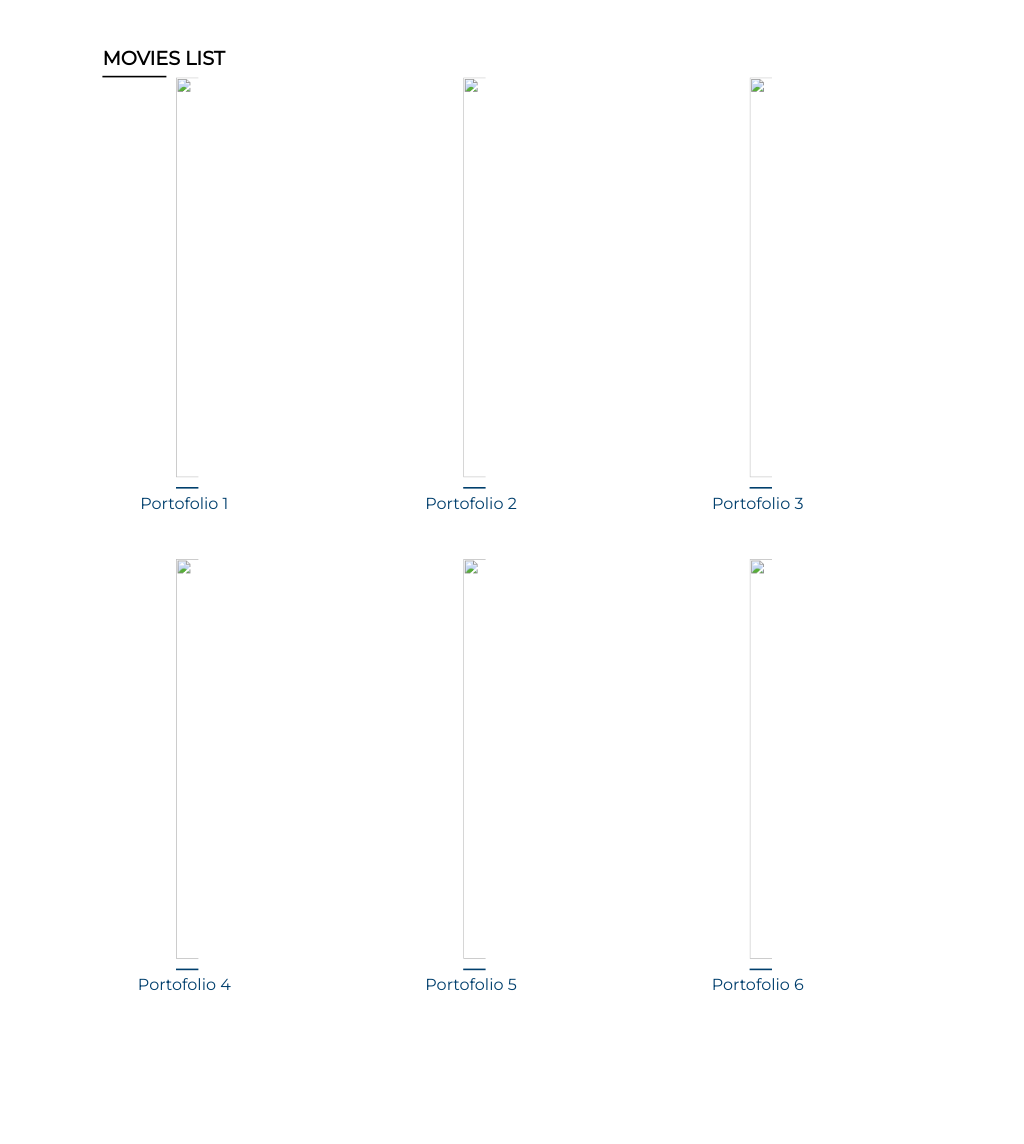
Repository: Ryuzuky07/expweb_movie
Page: HTML/movie1.html
An editor plug-in stored every save of this project. The page is shown before and after a run of saves, followed by the edit.
The browser window is 1280 px wide. The pictures show the part of the page from y = 761 to 2191 px (the page is 2191 px tall), at 80% of full size.
Some web libraries are served in a nearby version.

Above is the page before, as saved 2021-11-26 11:51:54.
Console error: TypeError: Cannot read properties of undefined (reading 'style')
Not found: TempatFoto/yellow.jpg

### HTML/movie1.html
<!DOCTYPE html>
<html lang="en">
<head>
    <meta charset="UTF-8">
    <meta http-equiv="X-UA-Compatible" content="IE=edge">
    <meta name="viewport" content="width=device-width, initial-scale=1.0">
    <link rel="stylesheet" href="/CSS/movie.css">
    <link rel="preconnect" href="https://fonts.googleapis.com">
    <link rel="preconnect" href="https://fonts.gstatic.com" crossorigin>
    <link href="https://fonts.googleapis.com/css2?family=Montserrat&display=swap" rel="stylesheet">
    <link rel="stylesheet" href="https://cdnjs.cloudflare.com/ajax/libs/font-awesome/4.7.0/css/font-awesome.min.css">
    <script src="https://kit.fontawesome.com/d6e78495c8.js" crossorigin="anonymous"></script>
    <script src="https://ajax.googleapis.com/ajax/libs/jquery/3.5.1/jquery.min.js"></script>
    <title>Document</title>

</head>
<body>
        <nav class="navbar fixed-top">

            <div class="logo">
                <img class="logo" src="/IMG/blackLogoexp.png" alt="">
            </div>
            <div class="inner-main-nav">
                <ul>
                    <li><a href="">Movies</a></li>
                    <li><a href="">Tv-Series</a></li>
                    <li><a href="">Genre</a></li>
                    <li>
                    <div class="toggle">
                        <div class="circle"></div>
                        <div class="toggle-moon"><i class="fas fa-moon"></i></div> <!--Icon bulan-->
                        <div class="toggle-sun"><i class="fas fa-sun"></i></div> <!--Icon matahari-->
                    </div>
                </li>
                <br><br>
                <h4>MASIH TAHAP ROMBAK!</h4>
                    <li>
                        <div class="search">
                            <div class="icon"></div>
                            <div class="input">
                                <input type="text" placeholder="search" id="search">
                                <span class="clear"></span>
                            </div>
                        </div>
                    </li>

                </ul>
            </div>
        </nav>

        <section id="carousel">

            <!-- carousel -->
           <div class="img-slider">
               <div class="slide">
                   <img src="https://i.ytimg.com/vi/mjCwJz5DiWQ/maxresdefault.jpg" alt="">
                   <div class="info">
                       <h2>slide 1</h2>
                       <p>Lorem ipsum dolor, sit amet consectetur adipisicing elit. Animi velit pariatur, maiores, ipsam non consequatur quam illum, eius commodi voluptatum debitis. Adipisci voluptates molestias eligendi est beatae illo laborum veritatis?</p>
                   </div>
               </div>
               <div class="slide">
                <img src="https://i.ytimg.com/vi/mjCwJz5DiWQ/maxresdefault.jpg" alt="">
                <div class="info">
                    <h2>slide 2</h2>
                    <p>Lorem ipsum dolor, sit amet consectetur adipisicing elit. Animi velit pariatur, maiores, ipsam non consequatur quam illum, eius commodi voluptatum debitis. Adipisci voluptates molestias eligendi est beatae illo laborum veritatis?</p>
                </div>
            </div>
            <div class="slide">
                <img src="https://i.ytimg.com/vi/mjCwJz5DiWQ/maxresdefault.jpg" alt="">
                <div class="info">
                    <h2>slide 3</h2>
                    <p>Lorem ipsum dolor, sit amet consectetur adipisicing elit. Animi velit pariatur, maiores, ipsam non consequatur quam illum, eius commodi voluptatum debitis. Adipisci voluptates molestias eligendi est beatae illo laborum veritatis?</p>
                </div>
            </div>
           </div>
    </section>

        <div class="container">
            <h2 class="movie">MOVIES LIST</h2>
            <div class="garis"></div>

            <section >



                <div class="porto">
                  <div class="folio"><img src="/TempatFoto/yellow.jpg" alt=""><p>Portofolio 1</p></div>
                  <div class="folio"><img src="/TempatFoto/yellow.jpg" alt=""><p>Portofolio 2</p></div>
                  <div class="folio"><img src="/TempatFoto/yellow.jpg" alt=""><p>Portofolio 3</p></div>
                </div>
                <div class="porto">
                  <div class="folio"><img src="/TempatFoto/yellow.jpg" alt=""><p>Portofolio 4</p></div>
                  <div class="folio"><img src="/TempatFoto/yellow.jpg" alt=""><p>Portofolio 5</p></div>
                  <div class="folio"><img src="/TempatFoto/yellow.jpg" alt=""><p>Portofolio 6</p></div>
                </div>
              </section>
        </div>




    <script src="/JS/darkmode.js"></script>
    <script src="/JS/carousel.js"></script>
    <script src="/JS/search.js"></script>
</body>
</html>

### CSS/movie.css


/* Body */

* {
    margin: 0;
    padding: 0;
    font-family: 'Montserrat', sans-serif;
}
body{
   line-height: 1.8;
   min-height: 100vh;
}

/* Navbar */
.navbar{
   background-color: white;
   padding: 1% 0 0;
   box-shadow: 0 0 5px;

}
.inner-main-nav{
   max-width: 100%;
   margin: auto;
}
.inner-main-nav ul{
   text-align: right;
   margin: 0 5%;
   padding: 1.5% 0;
}
.inner-main-nav ul li{
   float: none;
   display: inline-block;
}
.inner-main-nav ul li a {
   margin: 0 60px;
   text-decoration: none;
   color: black;
   font-size: 20px;
   font-weight: bold;
}
.inner-main-nav ul li:nth-child(1), .inner-main-nav ul li:nth-child(2){
float: left;
}
.inner-main-nav ul li:nth-child(5){
    margin-right: 100%;
}
.logo{
   width: 30%;
   height: 40%;
   position: absolute;
   left: 35%;
}


/* toggle */
html {
   transition: 0.4s;
}

.dark-mode {
   background-color: black;
   color: white;
}

.toggle {
   width: 45px;
   height: 25px;
   border-radius: 30px;
   font-size: 16px;
   display: flex;
   text-align: center;
   align-items: center;
   cursor: pointer;
   background: black;
   color: white;
}

.circle {
   width: 20px;
   height: 20px;
   transform: translateX(2px);
   border-radius: 30px;
   transition: 0.4s;
   position: absolute;
   background: white;
}

.dark-mode .circle {
   transform: translateX(23px)
}

.toggle-moon, .toggle-sun {
   width: 50%;
}
.dark-mode .circle {
    transform: translateX(23px)
}


/* search animation */
.search {
   position: relative;
   width: 30px;
   height: 30px;
   margin-left: 50px;
   margin-right: 50px;
   background: white;
   border-radius: 60px;
   transition: 0.5s;
   box-shadow: 0 0 0 5px black;
   overflow: hidden;
}
.search.active{
   width: 360px;

}
.search .input{
   position: relative;
   width: 300px;
   height: 60px;
   left: 50px;
   display: flex;
   justify-content: center;
   align-items: center;
}
.search .input input{
   position: absolute;
   top: 0;
   width: 100%;
   height: 6%;
   border: none;
   outline: none;
   font-size: 18px;
   padding: 15px 0;
}
.search .icon {
   position: absolute;
   width: 30px;
   height: 30px;
   background: white;
   border-radius: 60px;
   display: flex;
   justify-content: center;
   align-items: center;
   z-index: 1000;
}
.search .icon::before {
   content: '';
   position: absolute;
   width: 12px;
   height: 12px;
   border: 2px solid black;
   border-radius: 50%;
   transform: translate(-2px, -2px);

}
.search .icon::after {
   content: '';
   position: absolute;
   height: 6px;
   border: 2px solid black;
   transform: translate(6px, 6px) rotate(315deg);
}
.clear{
position: absolute;
top: 26%;
transform: translateY(-50%);
width: 15px;
height: 15px;
right: 1px;
cursor: pointer;
display: flex;
justify-content: center;
align-items: center;
}
.clear::before{
   position: absolute;
   content: "";
   width: 1px;
   height: 10px;
   background: grey;
   transform: rotate(45deg);
}
.clear::after{
   position: absolute;
   content: "";
   width: 1px;
   height: 10px;
   background: grey;
   transform: rotate(315deg);
}



/* carousel */
#carousel{
   justify-content: center;
   align-items: center;
   display: flex;
}
.img-slider{
   position: relative;
   width: 100%;
   height: 500px;

}
.img-slider .slide{
   z-index: 1;
   position: absolute;
   width: 100%;
}
.img-slider .slide img{
   z-index: 1;
   width: 100%;
   height: 80vh;
   border-radius: 5px;
}
.img-slider .slide .info {
   position: absolute;
   bottom: 0;
   padding: 15px 30px;
}
.img-slider .slide .info h2{
   color: white;
   font-size: 45px;
   text-transform: uppercase;
   font-weight: 800;
   letter-spacing: 2px;
}
.img-slider .slide .info p{
   color: white;
   background-color: rgba(0, 0, 0, 0.1);
   font-size: 16px;
   width: 60%;
   padding: 10px;
   border-radius: 4px;
}









/* MOVIE */
.garis{
   border-bottom: 2px solid;
   width: 80px;
}
.container ,.movie  .garis{
    margin: 10%;
}
.porto{
    max-height: 100%;
    display: flex;

}
.folio:hover{
    box-shadow:  5px 10px 8px 10px #888888;
}
.porto .folio{
    min-width: 20%;
    height: 500px;
    text-align: center;
    background-color: transparent;
    margin-right: 15%;
    margin-bottom: 10%;
    transition: 0.5s;
    justify-items: center;
}
.porto .folio > img{
    width: 140%;
    height: 500px;
    padding-bottom: 12px;
    border-bottom: 2px solid #003F6D;
}
.porto .folio p {
    text-align: left ;
    color: #003F6D;
    font-family: 'Montserrat', sans-serif;
    font-size: 20px;
    margin-bottom: 50%;
}

### JS/darkmode.js
var html = $("html")

$(function darkmode() {
    $(".toggle").click(function() {
        if (html.hasClass("dark-mode")) {
            html.removeClass("dark-mode");
            localStorage.setItem("dark-mode", false);
        }

        else {
            html.addClass("dark-mode");
            localSotrage.setItem("dark-mode", true);
        }
    })
})



if (localStorage.getItem("dark-mode") == "true") {
	$(" html").addClass("dark-mode");
}

var slideIndex = 1;
showSlides(slideIndex);

function plusSlides(n) {
  showSlides(slideIndex += n);
}

function currentSlide(n) {
  showSlides(slideIndex = n);
}

function showSlides(n) {
  var i;
  var slides = document.getElementsByClassName("slidepicture");
  var dots = document.getElementsByClassName("dot");
  if (n > slides.length) {slideIndex = 1}
  if (n < 1) {slideIndex = slides.length}
  for (i = 0; i < slides.length; i++) {
      slides[i].style.display = "none";
  }
  for (i = 0; i < dots.length; i++) {
      dots[i].className = dots[i].className.replace(" active", "");

  }
  slides[slideIndex-1].style.display = "block";
  dots[slideIndex-1].className += " active";

}

### JS/carousel.js
var couter = 1;
setInterval(function() {
  document.getElementById('radio' + couter).checked = true;
  couter++;
  if(couter > 3) {
    couter = 1;
  }
}, 5000);;

### JS/search.js
var icon = document.querySelector('.icon');
var search = document.querySelector('.search');

icon.onclick = function () {
    search.classList.toggle('active')
}

After the next 3 saves:
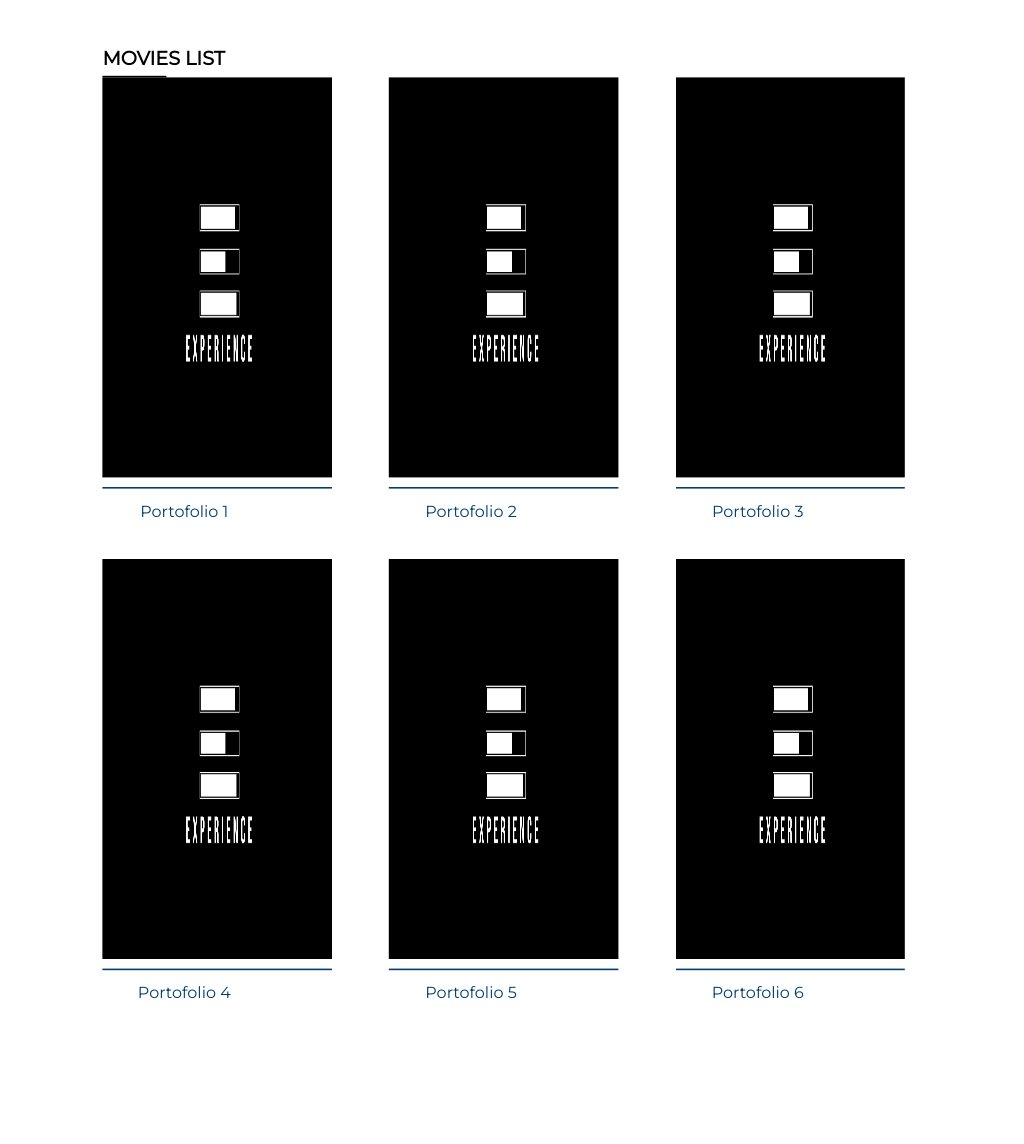
The 3 saves are shown as one change because they came seconds apart.
The last was saved 15 s later.
--- a/HTML/movie1.html
+++ b/HTML/movie1.html
@@ -85,14 +85,14 @@
 
 
                 <div class="porto">
-                  <div class="folio"><img src="/TempatFoto/yellow.jpg" alt=""><p>Portofolio 1</p></div>
-                  <div class="folio"><img src="/TempatFoto/yellow.jpg" alt=""><p>Portofolio 2</p></div>
-                  <div class="folio"><img src="/TempatFoto/yellow.jpg" alt=""><p>Portofolio 3</p></div>
+                  <div class="folio"><img src="/IMG/explogo.jpg" alt=""><p>Portofolio 1</p></div>
+                  <div class="folio"><img src="/IMG/explogo.jpg" alt=""><p>Portofolio 2</p></div>
+                  <div class="folio"><img src="/IMG/explogo.jpg" alt=""><p>Portofolio 3</p></div>
                 </div>
                 <div class="porto">
-                  <div class="folio"><img src="/TempatFoto/yellow.jpg" alt=""><p>Portofolio 4</p></div>
-                  <div class="folio"><img src="/TempatFoto/yellow.jpg" alt=""><p>Portofolio 5</p></div>
-                  <div class="folio"><img src="/TempatFoto/yellow.jpg" alt=""><p>Portofolio 6</p></div>
+                  <div class="folio"><img src="/IMG/explogo.jpg" alt=""><p>Portofolio 4</p></div>
+                  <div class="folio"><img src="/IMG/explogo.jpg" alt=""><p>Portofolio 5</p></div>
+                  <div class="folio"><img src="/IMG/explogo.jpg" alt=""><p>Portofolio 6</p></div>
                 </div>
               </section>
         </div>
